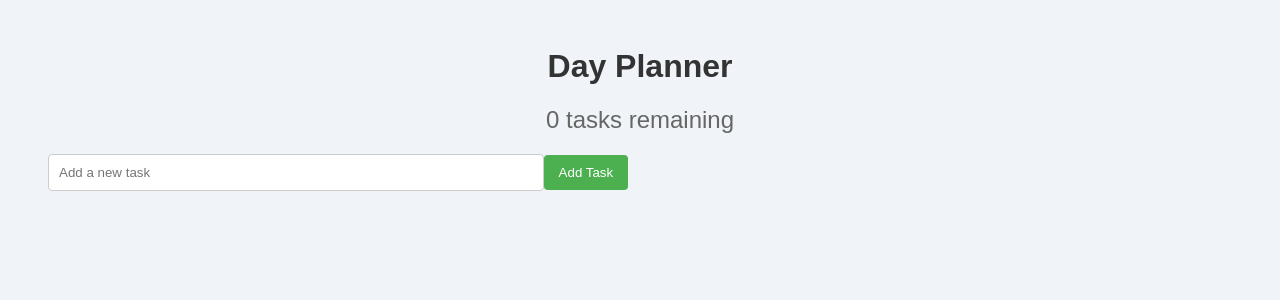
Repository: madelinestruthers/shema-lab04
Page: /
The author's editor kept a copy of each file at every save. The page is drawn from the files as they stood at one save, then again after the next save.
The browser window is 1280 px wide. The pictures show the whole page.
The project was rebuilt for these pictures with package versions that can differ from the ones it lists, and the page was loaded fresh each time. Also part of the build but not shown: src/components/Task.jsx.

Above is the page before, as saved 2024-10-20 19:53:57.

After the next save:
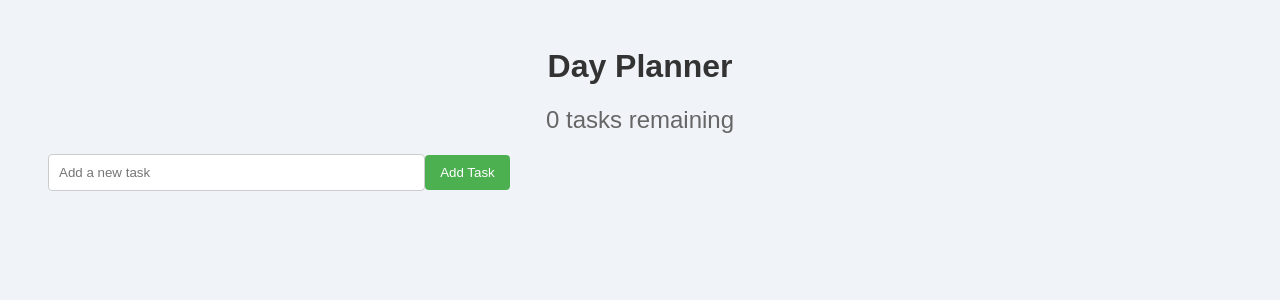
Saved 4 s later.
--- a/src/index.css
+++ b/src/index.css
@@ -61,7 +61,7 @@ h2 {
 }
 
 input[type="text"] {
-  width: 40%;
+  width: 30%;
   padding: 10px;
   border: 1px solid #ccc;
   border-radius: 4px;
